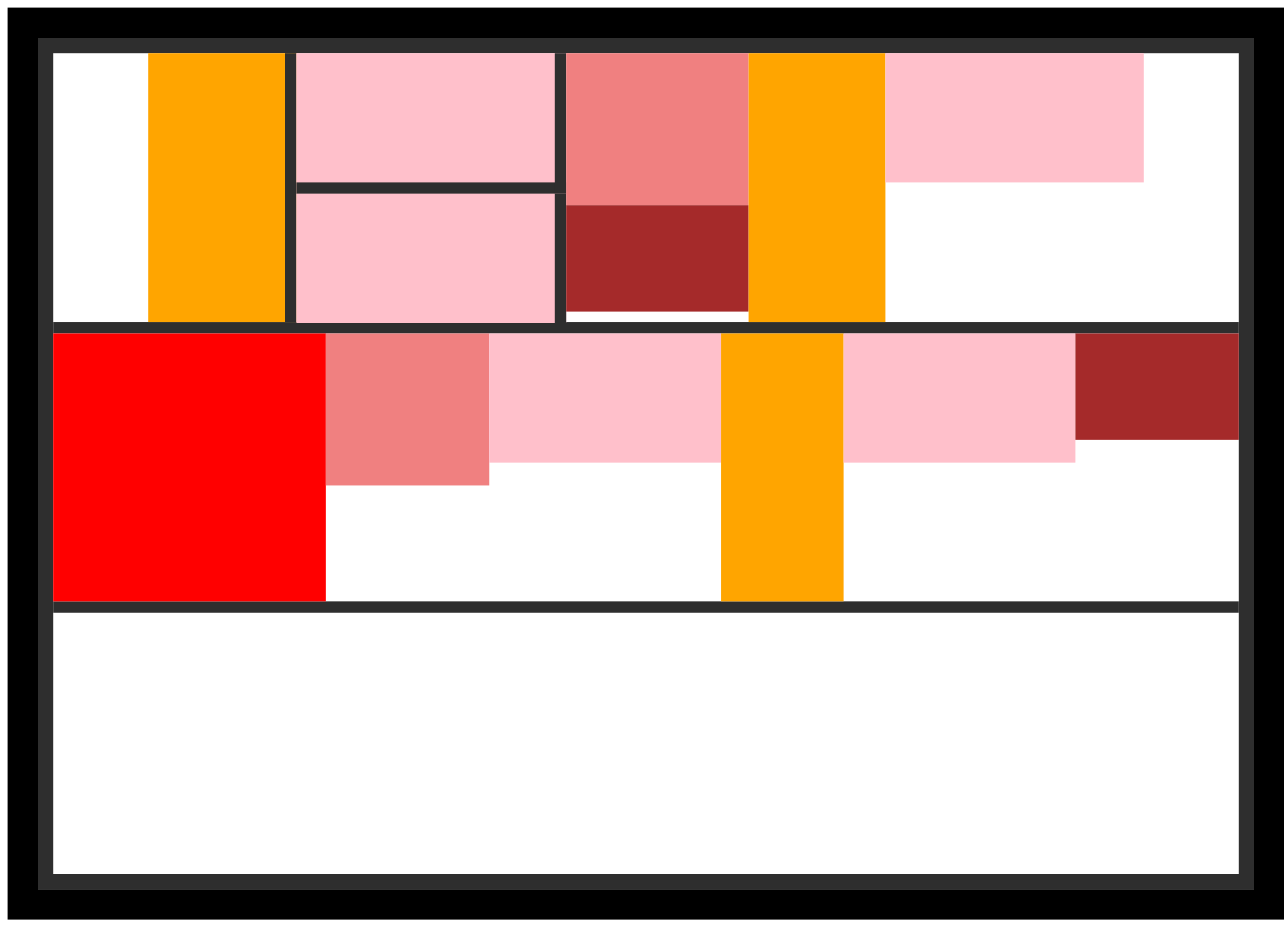
Repository: Tsardines/mondrian
Page: index.html
These files come from the project's save history. The page is drawn as it stood at one moment and after the next save; the edit follows.
The browser window is 1280 px wide. The page is 1352 px wide, so the pictures cover 1352 px, including what lies to the right of the window. The pictures show the whole page, at 95% of full size.
Some web fonts or font styles are not loaded; a fallback is used.

Above is the page before, as saved 2019-10-20 17:00:27.

### index.html
<!DOCTYPE html>
<html>
  <head>
    <meta charset="UTF-8">
  <meta http-equiv="X-UA-Compatible" content="IE=edge,chrome=1">
  <meta name="viewport" content="width=device-width,initial-scale=1">
    <title>title</title>
  <meta name="author" content="name">
  <meta name="description" content="description here">
  <meta name="keywords" content="keywords,here">
  <link rel="stylesheet" href="//fonts.googleapis.com/css?family=font1|font2|etc" type="text/css">
  <link rel="stylesheet" href="styles.css" type="text/css">
  </head>
  <body>

    <div id="canvas">
        <div class="grid__container">
            <div class="grid__top">
                <div class="rect--vert" style="border-right: 0.75rem solid rgb(46, 46, 46);"></div>

                <div class="grid__top--cont">
                    <div class="rect--hori" style="border-bottom: 0.75rem solid rgb(46, 46, 46); border-right: 0.75rem solid rgb(46, 46, 46);"></div>
                    <div class="rect--hori" style="border-right: 0.75rem solid rgb(46, 46, 46);"></div>
                </div>

                <div class="grid__top--cont">
                    <div class="sq--hori"></div>
                    <div class="sq--sm"></div>
                </div>

                <div class="rect--vert"></div>

                <div class="rect--hori"></div>

                <!-- <div class="sq"></div> -->
                <!-- <div class="rect--vert"></div> -->

            </div>

            <div class="grid__middle">
                    <div class="sq--big"></div>
                    <div class="sq--hori"></div>
                    <div class="rect--hori"></div>
                    <div class="rect--vert"></div>
                    <div class="rect--hori"></div>
                    <div class="rect--hori--mini"></div>
                    <div class="sq--sm"></div>
            </div>
            <div class="grid__bottom">



            </div>
        </div>
    </div>

  </body>
</html>

### styles.css
#canvas {
    border: 2rem solid black;
    /* display: block; */
    height: 56rem;
    margin: 0 auto;
    width: 80rem;
}

.grid__container {
    border: 1rem solid rgb(46, 46, 46);
    height: 54rem;
}

.grid__top {
    display: flex;
    height: 32.7%;
    justify-content: center;
}

.grid__middle {
    border-bottom: 0.75rem solid rgb(46, 46, 46);
    border-top: 0.75rem solid rgb(46, 46, 46);
    display: flex;
    height: 32.7%;
}

.grid__bottom {
    height: 32.7%;
}

.rect--vert {
    background-color: orange;
    /* border-right: 0.75rem solid rgb(46, 46, 46); */
    height: 100%;
    width: 9rem;
}

.rect--hori {
    background-color: pink;
    /* border-bottom: 0.75rem solid rgb(46, 46, 46);
    border-right: 0.75rem solid rgb(46, 46, 46); */
    height: 8.5rem;
    width: 17rem;
}

.sq--hori {
    background-color: lightcoral;
    /* border-bottom: 0.75rem solid rgb(46, 46, 46);
    border-right: 0.75rem solid rgb(46, 46, 46); */
    height: 10rem;
    width: 12rem;
}

.rect--hori--sm {
    background-color: rgb(55, 87, 190);
    /* border-bottom: 0.75rem solid rgb(46, 46, 46);
    border-right: 0.75rem solid rgb(46, 46, 46); */
    height: 8rem;
    width: 12rem;
}

.sq--big {
    background-color: red;
    height: 100%;
    width: 20rem;
}

.sq--sm {
    background-color: brown;
    /* border-bottom: 0.75rem solid rgb(46, 46, 46);
    border-right: 0.75rem solid rgb(46, 46, 46); */
    height: 7rem;
    width: 12rem;
}

After the next save:
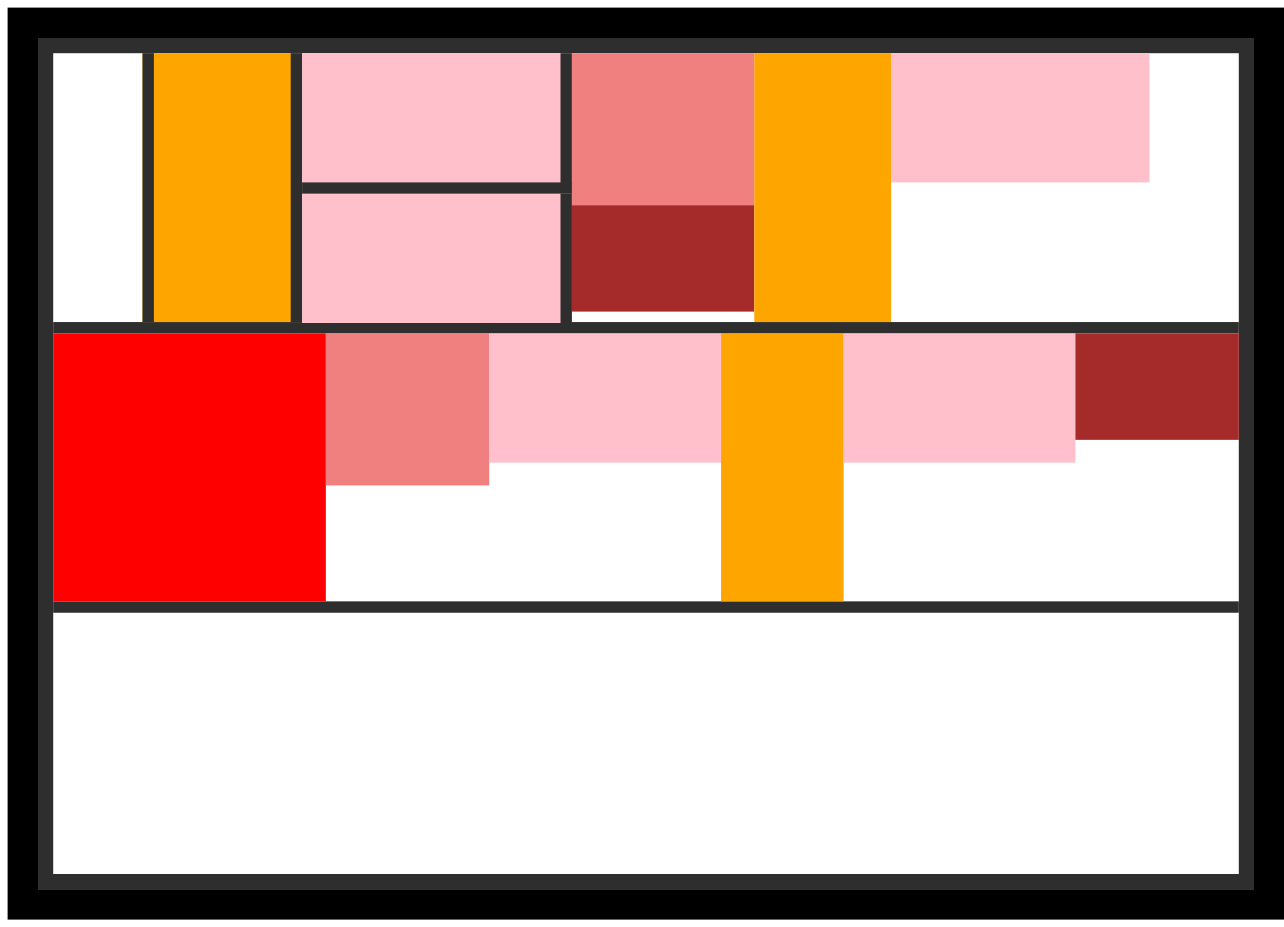
Saved 17 s later.
--- a/index.html
+++ b/index.html
@@ -16,7 +16,7 @@
     <div id="canvas">
         <div class="grid__container">
             <div class="grid__top">
-                <div class="rect--vert" style="border-right: 0.75rem solid rgb(46, 46, 46);"></div>
+                <div class="rect--vert" style="border-right: 0.75rem solid rgb(46, 46, 46); border-left: 0.75rem solid rgb(46, 46, 46);"></div>
 
                 <div class="grid__top--cont">
                     <div class="rect--hori" style="border-bottom: 0.75rem solid rgb(46, 46, 46); border-right: 0.75rem solid rgb(46, 46, 46);"></div>
